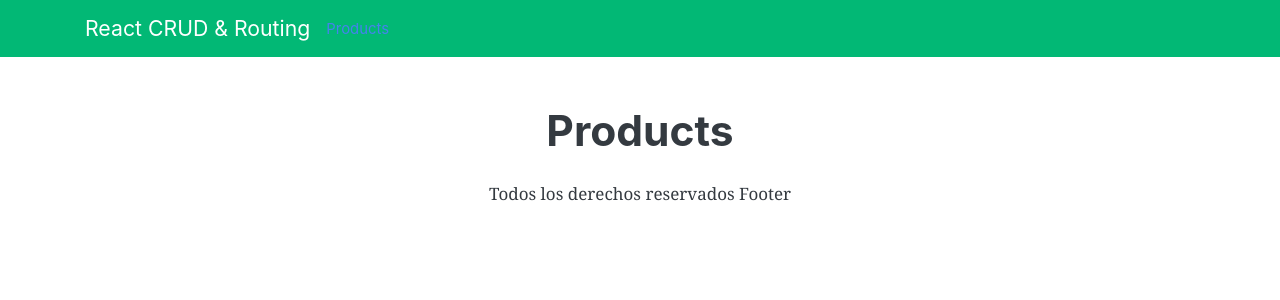
Repository: harrycampaz/router-reactjs
Page: /products
These files come from the project's save history. The page is drawn as it stood at one moment and after the next save; the edit follows.
The browser window is 1280 px wide. The pictures show the whole page.
The project was rebuilt for these pictures with package versions that can differ from the ones it lists, and the page was loaded fresh each time. Also part of the build but not shown: src/components/Product/AddProduct.js, src/components/Product/EditProduct.js, src/components/Product/Product.js.

Above is the page before, as saved 2020-01-24 20:59:22.

After the next save:
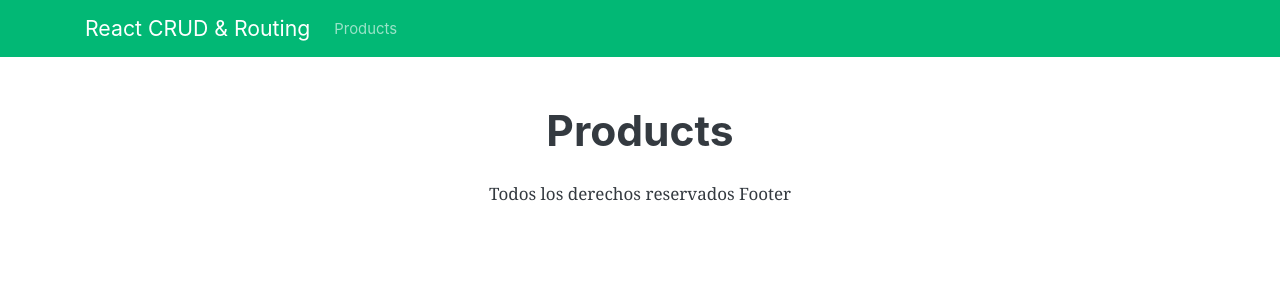
Saved 13 s later.
--- a/src/ui/Header.js
+++ b/src/ui/Header.js
@@ -9,7 +9,7 @@ const Header = (props) => (
                 </Link>
             <ul className="navbar-nav mr-auto">
                 <li className="nav-item">
-                <Link to="/products">
+                <Link to="/products" className="nav-link">
                     Products
                 </Link>
                 </li>
